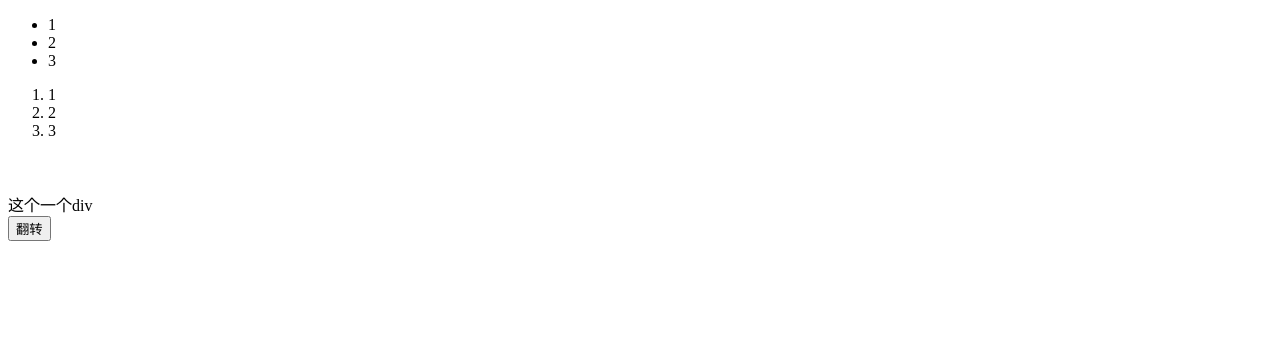
Repository: lcl22hope/webInterview
Page: DOM-Issues/翻转DOM.html
An editor plug-in stored every save of this project. The page is shown before and after a run of saves, followed by the edit.
The browser window is 1280 px wide. The pictures show the whole page.

Above is the page before, as saved 2019-11-20 19:49:29.

### DOM-Issues/翻转DOM.html
<!DOCTYPE html>

<html>
    <head>


        <!-- 历史原因 之前空白被忽略 -->
        <title>测试</title>





        <script>
            console.log('test')
        </script>
    </head>



    <body>
        <ul id="list">
            <li>1</li>
            <li>2</li>
            <li>3</li>
        </ul>
        <ol id="list2">
            <li>1</li>
            <li>2</li>
            <li>3</li>
        </ol>
        <dl>
            <dt></dt>
        </dl>
        <br/>
        <br/>
        <div id="div">这个一个div</div>
        <input type="button" id="reverseBtn" value="翻转"/>
        <script>
            let list = document.getElementById('list')
            let btn = document.getElementById('reverseBtn')

            // let newLi = document.createElement('li')
            // newLi.innerHTML = 'hello, world';
            // list.insertBefore(newLi, list.children[1]);
            // list.insertBefore(newLi, list.firstChild);


            // let div = document.getElementById('div');
            // div.insertAdjacentHTML('beforebegin', '<p>beforebegin</p>')
            // div.insertAdjacentHTML('afterbegin', '<p>afterbegin</p>')
            // div.insertAdjacentHTML('beforeend', '<p>beforeend</p>')
            // div.insertAdjacentHTML('afterend', '<p>afterend</p>')
            function reverseChildNodes(node) {
                let frag = node.ownerDocument.createDocumentFragment();
                while(node.lastChild) {
                    frag.appendChild(node.lastChild)
                }
                node.appendChild(frag)
            }
            btn.onclick = reverseChildNodes.bind(this, list);

        </script>
    </body>
</html>

After the next 3 saves:
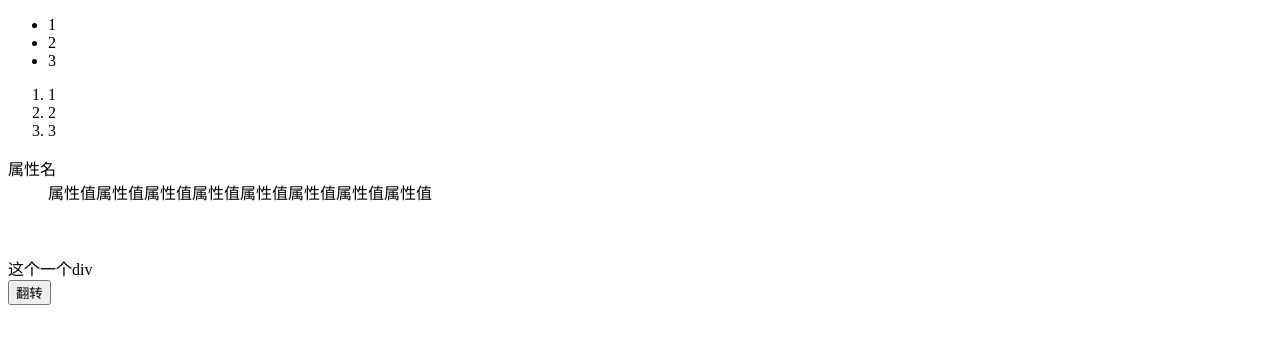
The 3 saves are shown as one change because they came seconds apart.
The last was saved 3 min 50 s later.
--- a/DOM-Issues/翻转DOM.html
+++ b/DOM-Issues/翻转DOM.html
@@ -30,7 +30,8 @@
             <li>3</li>
         </ol>
         <dl>
-            <dt></dt>
+            <dt>属性名</dt>
+            <dd>属性值属性值属性值属性值属性值属性值属性值属性值</dd>
         </dl>
         <br/>
         <br/>
